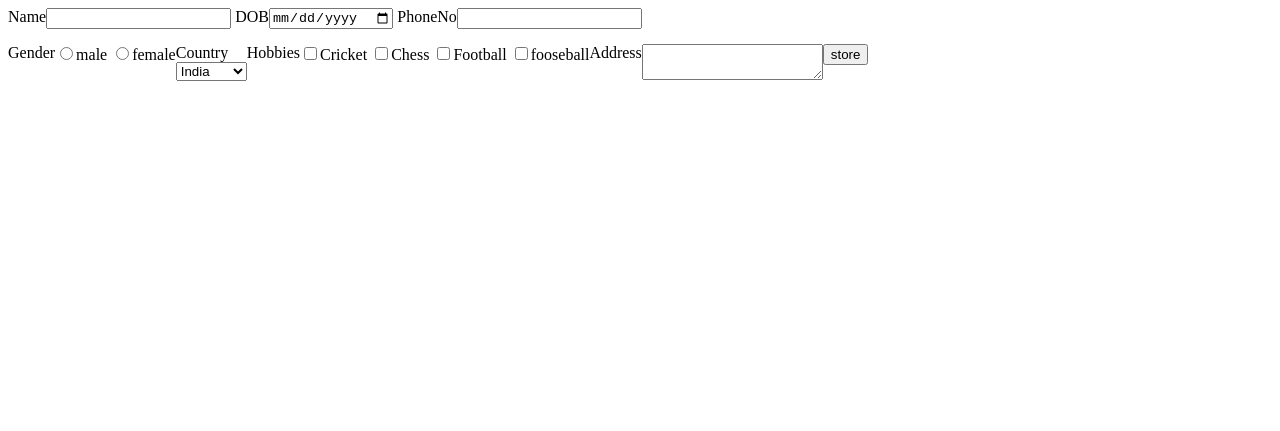
Repository: mnarendra333/batch21_WE
Page: RegApp/WebContent/index.html
These files come from the project's save history. The page is drawn as it stood at one moment and after the next save; the edit follows.
The browser window is 1280 px wide. The pictures show the whole page.

Above is the page before, as saved 2019-02-10 07:14:35.

### RegApp/WebContent/index.html
<!DOCTYPE html>
<html>
<head>
<meta charset="ISO-8859-1">
<title>Insert title here</title>

<style type="text/css">

	.rowDiv{
		    display: inline-flex;
   			 padding-bottom: 15px;
	}

</style>
</head>
<body>



	<form action="regsrv" method="post">


		<div>

			<div class="rowDiv">
				<div>Name</div>
				<div>
					<input type="text" name="uname">
				</div>
			</div>
			<div class="rowDiv">
				<div>DOB</div>
				<div>
					<input type="date" name="dob">
				</div>
			</div>
			<div class="rowDiv">
				<div>PhoneNo</div>
				<div>
					<input type="number" name="phno">
				</div>
			</div>
			<div class="rowDiv">
				<div>Gender</div>
				<div>
					<input type="radio" name="gender" value="male">male <input
						type="radio" name="gender" value="female">female
				</div>
				<div>
					<div>Country</div>
					<div>
						<select name="country">
							<option>India</option>
							<option>China</option>
							<option>Aus</option>
							<option>WI</option>
							<option>Srilanka</option>

						</select>
					</div>
				</div>
				<div class="rowDiv">
					<div>Hobbies</div>
					<div>
						<input type="checkbox" name="hobbies" value="Cricket">Cricket
						<input type="checkbox" name="hobbies" value="Chess">Chess
						<input type="checkbox" name="hobbies" value="Football">Football
						<input type="checkbox" name="hobbies" value="fooseball">fooseball

					</div>
				</div>
				<div class="rowDiv">
					<div>Address</div>
					<div>
						<textarea name="addr"></textarea>
					</div>
				</div>
				<div class="rowDiv">

					<div>
						<input type="submit" value="store">
					</div>
				</div>


			</div>

		</div>
	</form>

</body>
</html>

After the next save:
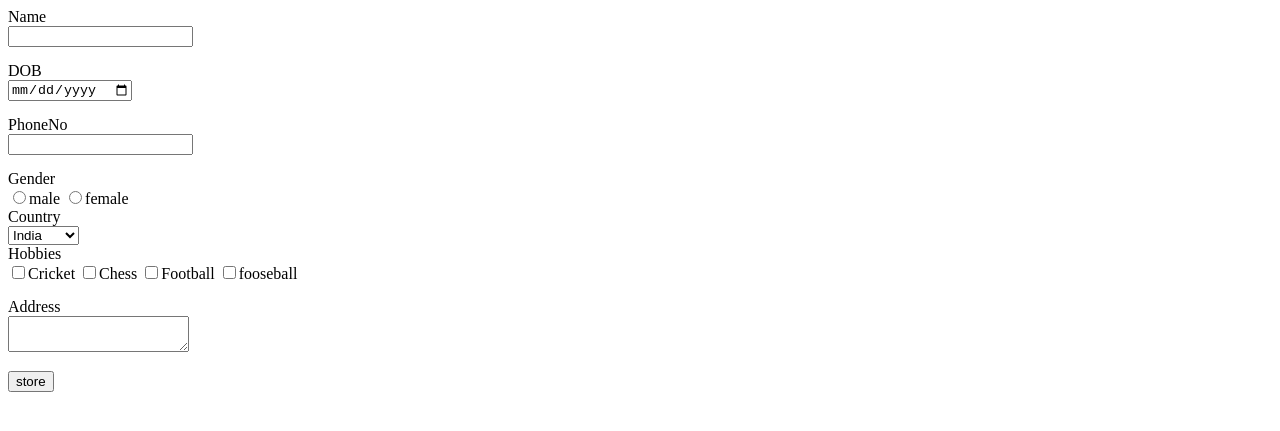
Saved 57 s later.
--- a/RegApp/WebContent/index.html
+++ b/RegApp/WebContent/index.html
@@ -7,7 +7,7 @@
 <style type="text/css">
 
 	.rowDiv{
-		    display: inline-flex;
+		    /* display: inline-flex; */
    			 padding-bottom: 15px;
 	}
 
